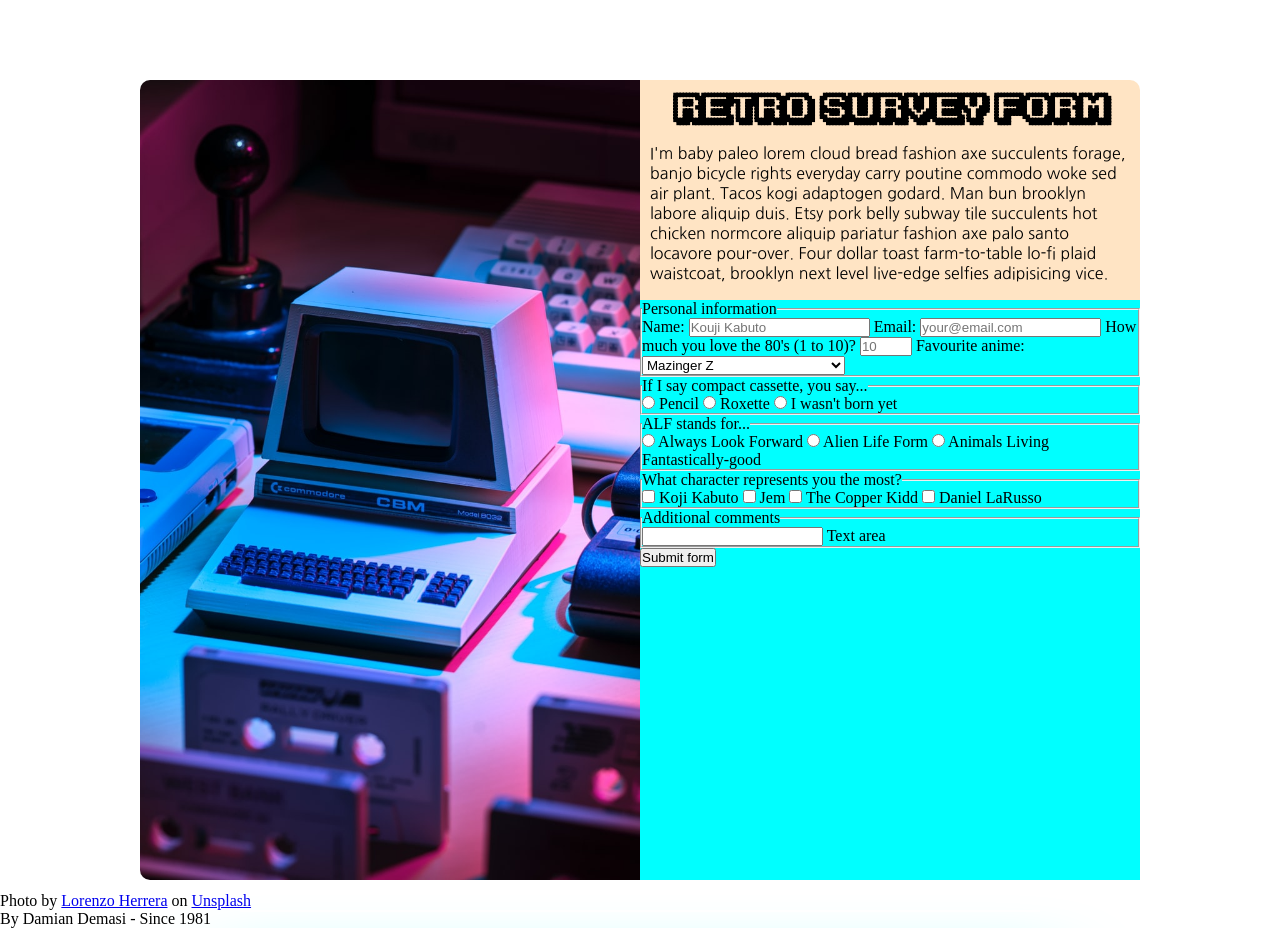
Repository: Colo-Codes/freecodecamp-02-Build-a-Survey-Form
Page: index.html
These files come from the project's save history. The page is drawn as it stood at one moment and after the next save; the edit follows.
The browser window is 1280 px wide. The pictures show the whole page.

Above is the page before, as saved 2021-05-18 17:05:46.

After the next save:
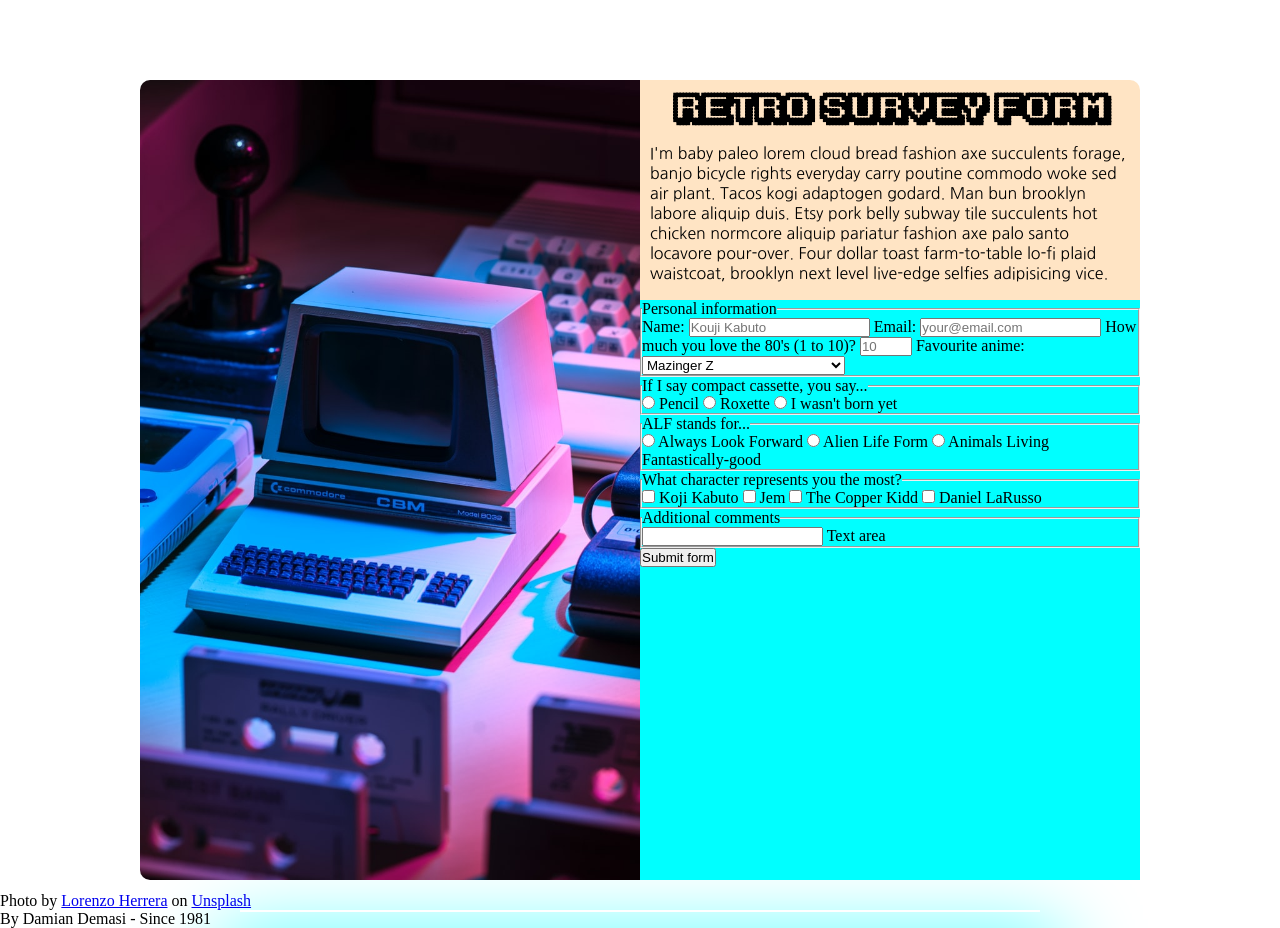
Saved 13 s later.
--- a/resources/css/index.css
+++ b/resources/css/index.css
@@ -59,5 +59,6 @@
     margin: -20px auto;
     border-color: transparent;
     box-shadow: 0px 100px 80px 20px #0ff;
+    box-shadow: 0px 50px 80px 20px #0ff;
     width: 800px;
 }

After the 3 saves that followed:
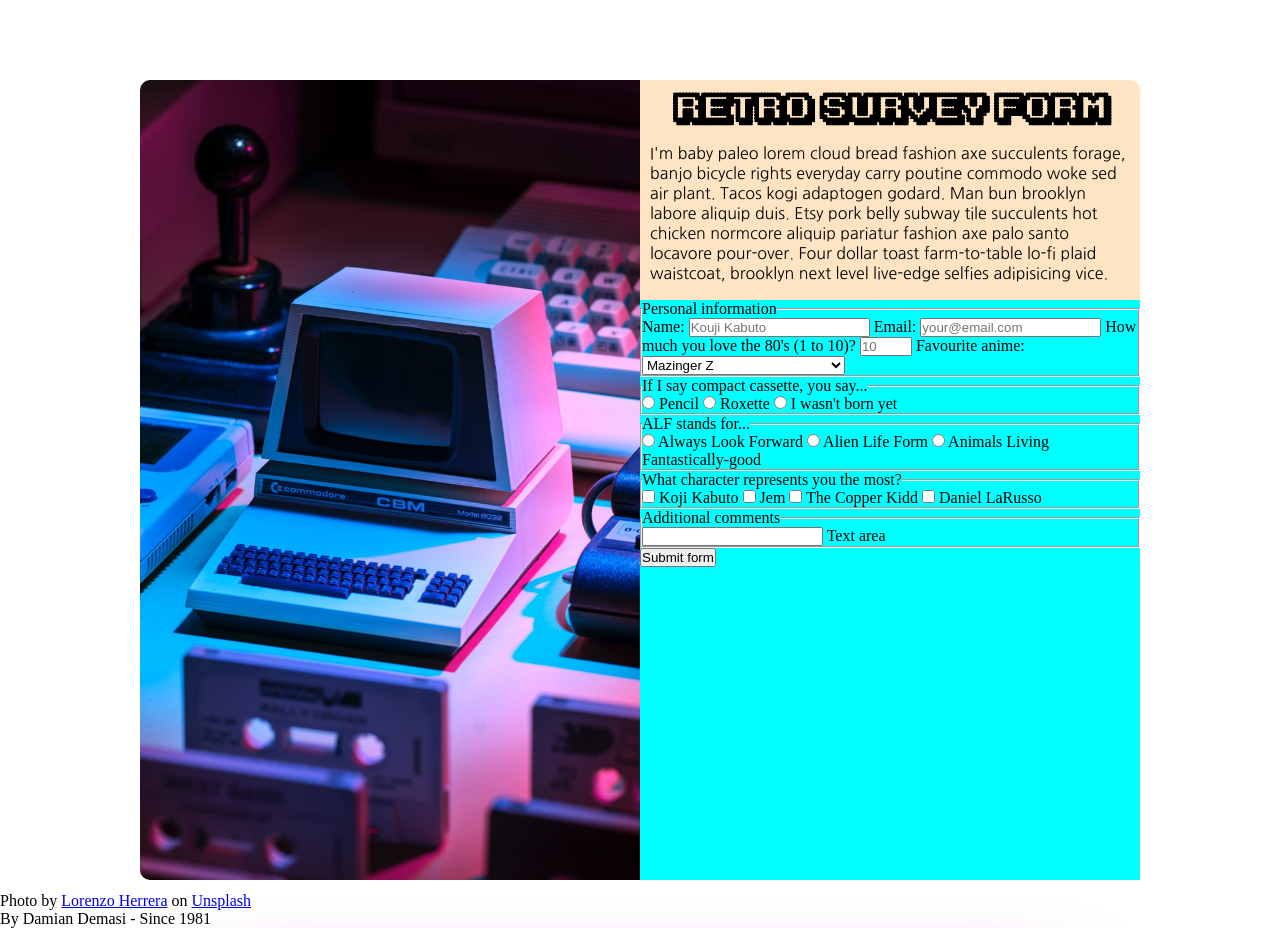
The 3 saves are shown as one change because 2 left the picture as it was.
The last was saved 45 s later.
--- a/resources/css/index.css
+++ b/resources/css/index.css
@@ -58,7 +58,8 @@
 hr {
     margin: -20px auto;
     border-color: transparent;
-    box-shadow: 0px 100px 80px 20px #0ff;
+    color: transparent;
     box-shadow: 0px 50px 80px 20px #0ff;
+    box-shadow: 0px 100px 80px 20px rgb(181, 83, 196);
     width: 800px;
 }
